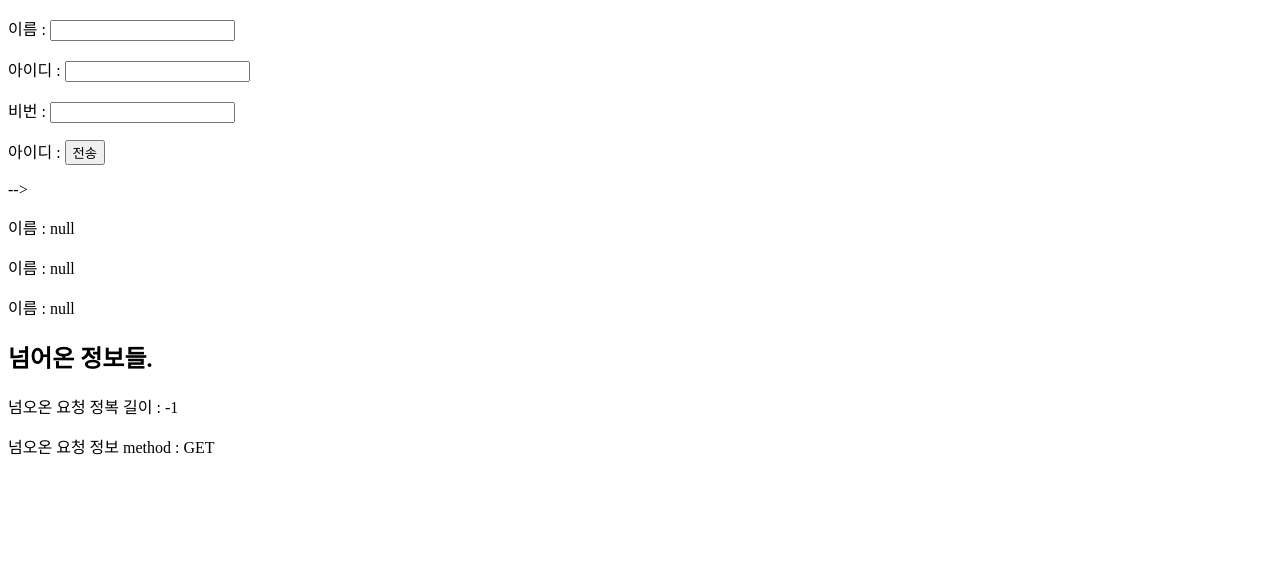
Repository: hodob/JSP_Practice
Page: http://localhost/JSP_WebMarket_JJH/ch05_ex/ex2.jsp
An editor plug-in stored every save of this project. The page is shown before and after the next save, followed by the edit.
The browser window is 1280 px wide. The pictures show the whole page.
The page is served by Tomcat 9.

Above is the page before, as saved 2022-08-10 02:13:04.

After the next save:
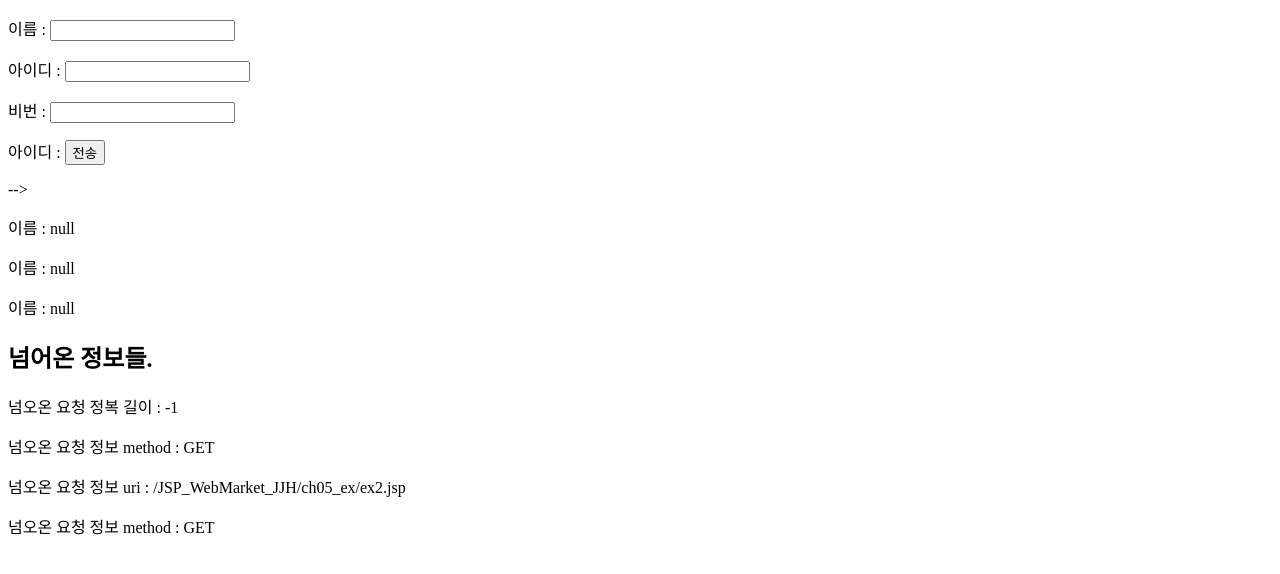
Saved 70 s later.
--- a/JSP_WebMarket_JJH/WebContent/ch05_ex/ex2.jsp
+++ b/JSP_WebMarket_JJH/WebContent/ch05_ex/ex2.jsp
@@ -27,7 +27,8 @@
 <h2>넘어온 정보들.</h2>
 <p> 넘오온 요청 정복 길이 : <%=request.getContentLength() %>
 <p> 넘오온 요청 정보 method : <%=request.getMethod() %>
-
+<p> 넘오온 요청 정보 uri : <%=request.getRequestURI() %>
+<p> 넘오온 요청 정보 method : <%=request.getMethod() %>
 
 
 </body>
